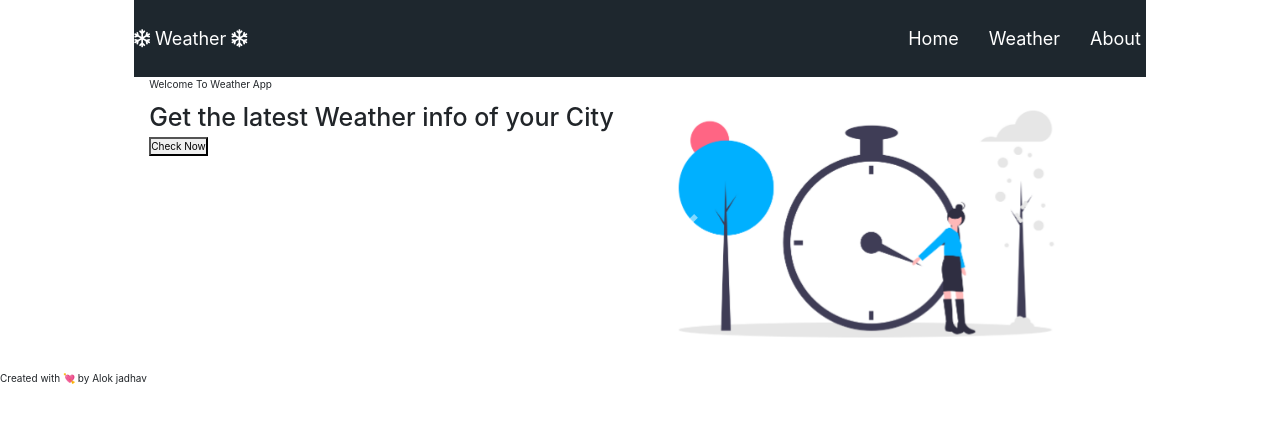
Repository: AalokJadhav/Weather_App
Page: http://localhost/
These files come from the project's save history. The page is drawn as it stood at one moment and after the next save; the edit follows.
The browser window is 1280 px wide. The pictures show the whole page.
Some web fonts or font styles are not loaded; a fallback is used. Some web libraries are served in a nearby version. The page is served by the project's Node server (src/app.js).

Above is the page before, as saved 2020-11-15 11:41:29.

### public/index.html
<!DOCTYPE html>
<html lang="en">

<head>
    <meta charset="UTF-8">
    <meta name="viewport" content="width=device-width, initial-scale=1.0">
    <title>Weather App</title>
    <!-- Latest compiled and minified CSS -->
    <link rel="stylesheet" href="https://maxcdn.bootstrapcdn.com/bootstrap/4.5.2/css/bootstrap.min.css">
    <link rel="stylesheet" href="https://cdnjs.cloudflare.com/ajax/libs/font-awesome/5.10.0/css/all.min.css"
        integrity="sha512-PgQMlq+nqFLV4ylk1gwUOgm6CtIIXkKwaIHp/PAIWHzig/lKZSEGKEysh0TCVbHJXCLN7WetD8TFecIky75ZfQ=="
        crossorigin="anonymous" />
    <!-- jQuery library -->
    <script src="https://ajax.googleapis.com/ajax/libs/jquery/3.5.1/jquery.min.js"></script>

    <!-- Popper JS -->
    <script src="https://cdnjs.cloudflare.com/ajax/libs/popper.js/1.16.0/umd/popper.min.js"></script>

    <!-- Latest compiled JavaScript -->
    <script src="https://maxcdn.bootstrapcdn.com/bootstrap/4.5.2/js/bootstrap.min.js"></script>
    <link rel="stylesheet" href="css/style.css">
    <link rel="shortcut icon" href="images/logo.png" type="image/png">
</head>

<body>
    <div class="container-fluid main-menu">
        <div class="row">
            <div class="col-md-10 col-12 mx-auto">
                <nav class="navbar navbar-expand-lg">
                    <a class="navbar-brand" href="#"><i class="far fa-snowflake"></i> Weather <i
                            class="far fa-snowflake"></i></a>
                    <button class="navbar-toggler" type="button" data-toggle="collapse"
                        data-target="#navbarSupportedContent" aria-controls="navbarSupportedContent"
                        aria-expanded="false" aria-label="Toggle navigation">
                        <span class="navbar-toggler-icon"></span>
                    </button>

                    <div class="collapse navbar-collapse" id="navbarSupportedContent">
                        <ul class="navbar-nav ml-auto">
                            <li class="nav-item active">
                                <a class="nav-link" href="/">Home <span class="sr-only">(current)</span></a>
                            </li>
                            <li class="nav-item">
                                <a class="nav-link" href="/weather">Weather</a>
                            </li>
                            <li class="nav-item">
                                <a class="nav-link" href="/about">About</a>
                            </li>
                        </ul>
                    </div>
                </nav>
            </div>
        </div>
    </div>

    <!-- Main header -->
    <div class="container-fluid main_header">
        <div class="row">
            <div class="col-md-10 col-12 mx-auto">
                <div class="row">
                    <!-- Left Side Div -->
                    <div class="col-md-6 col-12 main_header_left">
                        <p> Welcome To Weather App</p>
                        <h1>Get the latest <span>Weather</span> info of your City</h1>
                        <a href="/weather"><button>Check Now</button></a>
                    </div>
                    <!-- right Side Div -->

                    <div class="col-md-6 col-12 main_header_right">
                        <div id="carouselExampleControls" class="carousel slide" data-ride="carousel">
                            <div class="carousel-inner">
                                <div class="carousel-item active">
                                    <img src="images/bg1.png" class="w-100" alt="...">
                                </div>
                                <div class="carousel-item">
                                    <img src="images/bg2.png" class="w-100" alt="...">
                                </div>
                                <div class="carousel-item">
                                    <img src="images/bg3.png" class="w-100" alt="...">
                                </div>
                            </div>
                            <a class="carousel-control-prev" href="#carouselExampleControls" role="button"
                                data-slide="prev">
                                <span class="carousel-control-prev-icon" aria-hidden="true"></span>
                                <span class="sr-only">Previous</span>
                            </a>
                            <a class="carousel-control-next" href="#carouselExampleControls" role="button"
                                data-slide="next">
                                <span class="carousel-control-next-icon" aria-hidden="true"></span>
                                <span class="sr-only">Next</span>
                            </a>
                        </div>
                    </div>
                </div>
            </div>
        </div>
    </div>

    <!-- // Footer Code -->
    <footer>
        <p> Created with 💘 by Alok jadhav</p>
    </footer>
</body>

</html>

### src/app.js
const express = require('express');
const path = require('path');
const app = express();
const port = process.env.PORT || 8000;

// Public Static Path
const static_path = (path.join(__dirname, '../public'));

app.use(express.static(static_path));

// Routing
app.get('/', (req, res) => {
    res.send('Welcome to Home..!');
});

app.get('/about', (req, res) => {
    res.send('Welcome to About Us Page..!');
});

app.get('/weather', (req, res) => {
    res.send('Welcome to Weather Page..!');
});

app.get('*', (req, res) => {
    res.send('opps...404 error page..!');
});



app.listen(port, () =>{
    console.log(`Listing to the port at ${port}`);
})

### public/css/style.css
@import url('https://fonts.googleapis.com/css2?family=Piazzolla:wght@900&display=swap');

*{
    margin: 0;
    padding: 0;
    box-sizing: border-box;
}
:root {
    --main-bg: #1e272e;
    --main-color: #0097e6;
}

html {
    font-size:62.5% ;
}

.row {
    margin: 0;
  }

/* navbar style */

.main_menu {
    background-color: var(--main-bg);
  }
  .navbar {
    color: #fff;
    background-color: var(--main-bg);
    padding: 2rem 0;
  }
  .navbar a {
    color: #fff;
    font-size: 1.8rem;
  }

  .navbar a:hover {
    color: var(--main-color);
  }

  .navbar li {
    margin-left: 2rem;
  }
  .navbar-toggler {
    background-color: #718093;
  }

After the next save:
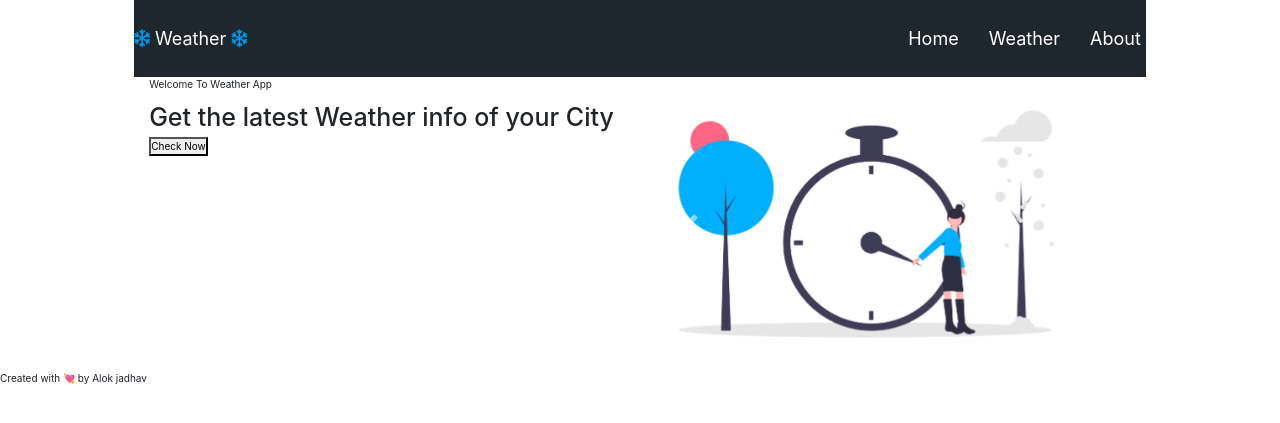
Saved 44 s later.
--- a/public/css/style.css
+++ b/public/css/style.css
@@ -43,3 +43,8 @@ html {
   .navbar-toggler {
     background-color: #718093;
   }
+  .fa-snowflake {
+    transition: all linear;
+    animation: rot 2s linear infinite;
+    color: var(--main-color);
+  }
